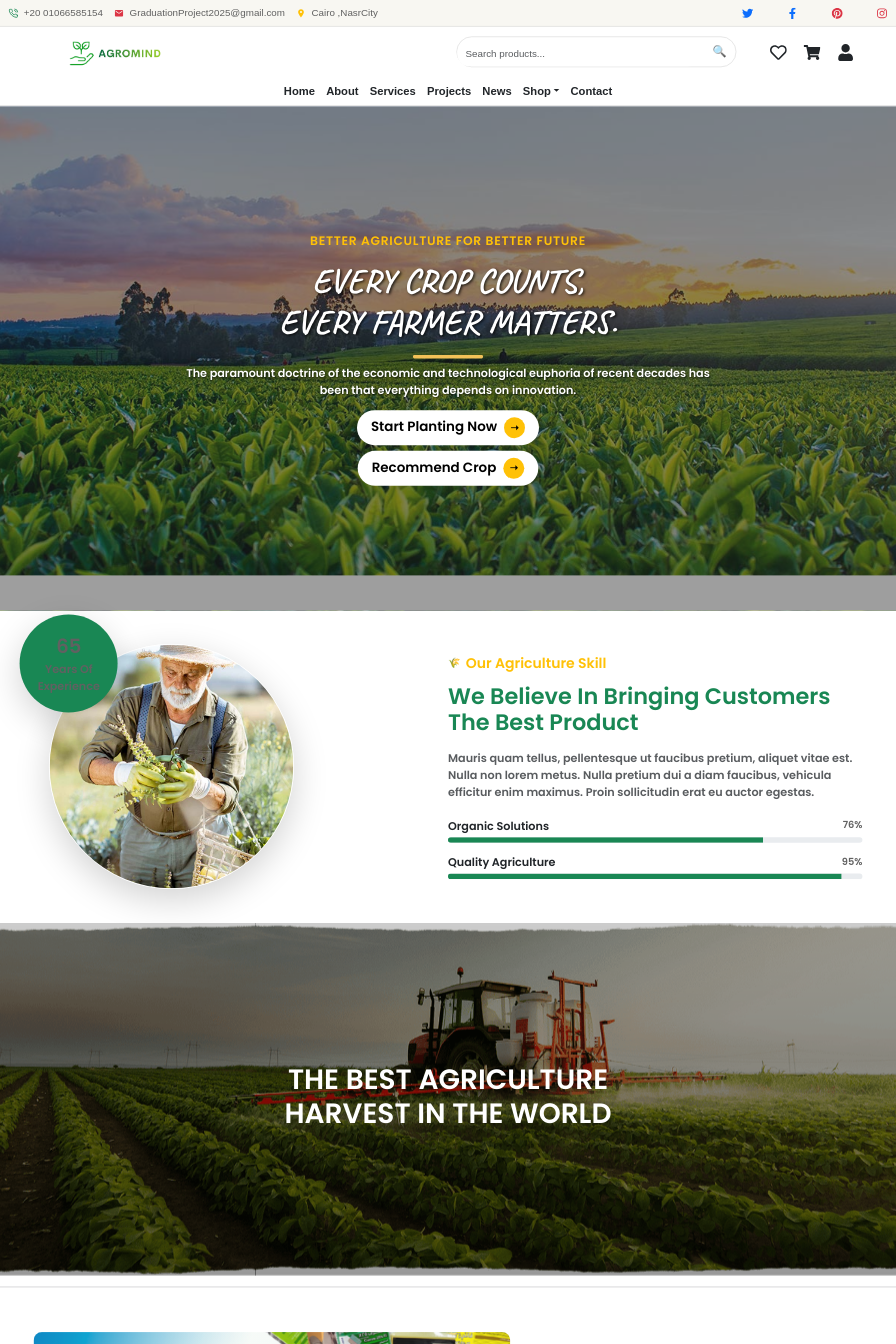
Repository: ShimaaMohamedRoshdi/WorkSpace-agromind
Page: / (app in agricultural-management-system-vs/agricultural-management-system-main/)
The author's editor kept a copy of each file at every save. The page is drawn from the files as they stood at one save, then again after the next save.
The browser window is 1280 px wide. The pictures show the part of the page from y = 0 to 1920 px (the page is 4739 px tall), at 70% of full size.
Pictures or frames that could not be fetched are drawn as grey boxes. The project was rebuilt for these pictures with package versions that can differ from the ones it lists, and the page was loaded fresh each time. Also part of the build but not shown: agricultural-management-system-vs/agricultural-management-system-main/vite.config.js, agricultural-management-system-vs/agricultural-management-system-main/services/api.jsx, agricultural-management-system-vs/agricultural-management-system-main/src/pages/SignUp.jsx, agricultural-management-system-vs/agricultural-management-system-main/src/pages/SignIn.jsx, agricultural-management-system-vs/agricultural-management-system-main/src/components/ProductCard.jsx, agricultural-management-system-vs/agricultural-management-system-main/src/components/Products.jsx, agricultural-management-system-vs/agricultural-management-system-main/src/pages/About.jsx, agricultural-management-system-vs/agricultural-management-system-main/src/pages/Market.jsx and 29 more.

Above is the page before, as saved 2025-05-09 22:50:21.

After the next save:
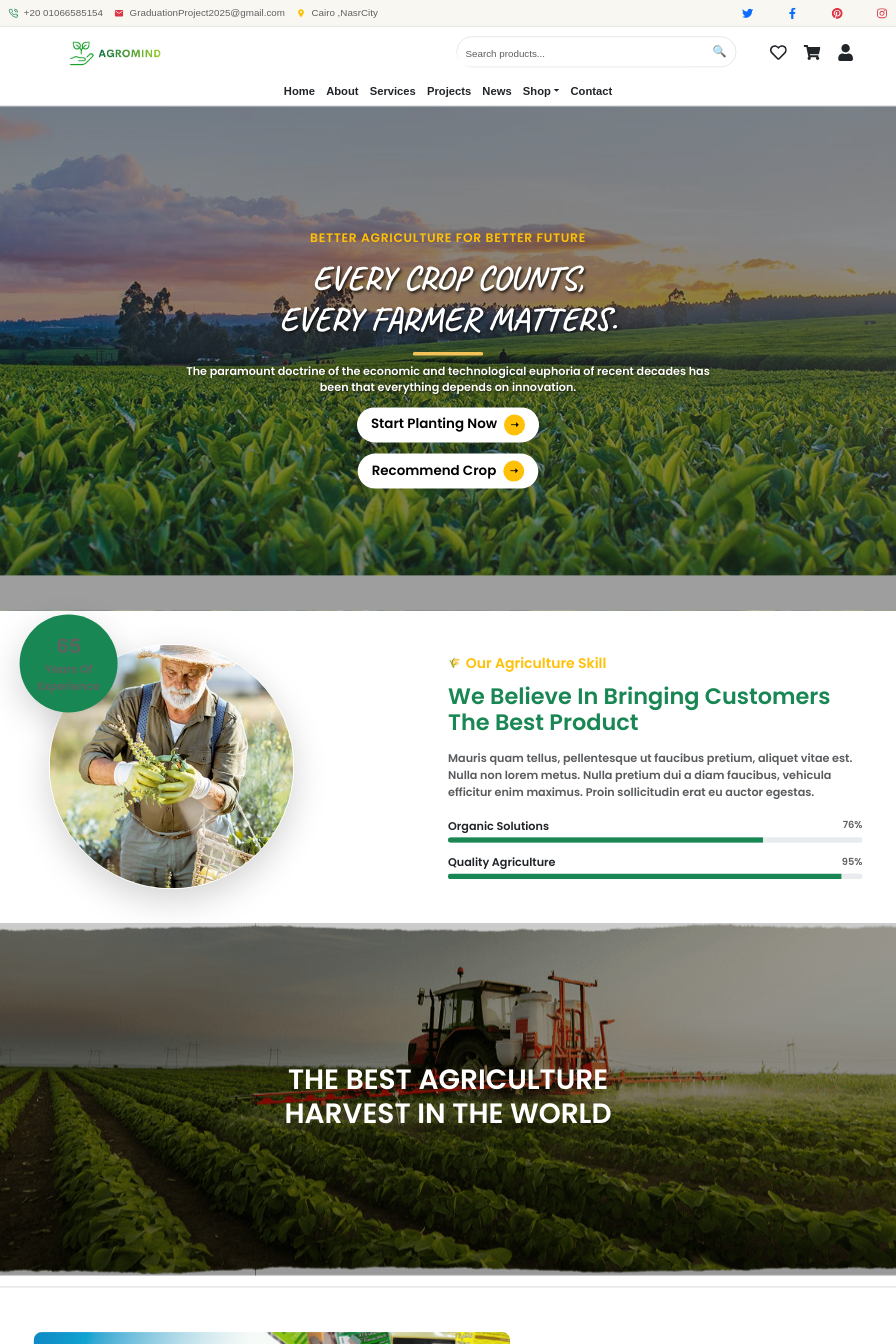
Saved 115 s later.
--- a/agricultural-management-system-vs/agricultural-management-system-main/src/pages/Home.jsx
+++ b/agricultural-management-system-vs/agricultural-management-system-main/src/pages/Home.jsx
@@ -42,7 +42,7 @@ function Home() {
             recent decades has been that everything depends on innovation.
           </p>
 
-          <button className="hero-button mb-2" onClick={handleClick}>
+          <button className="hero-button mb-3" onClick={handleClick}>
             Start Planting Now <span className="arrow">➝</span>
           </button>
 
